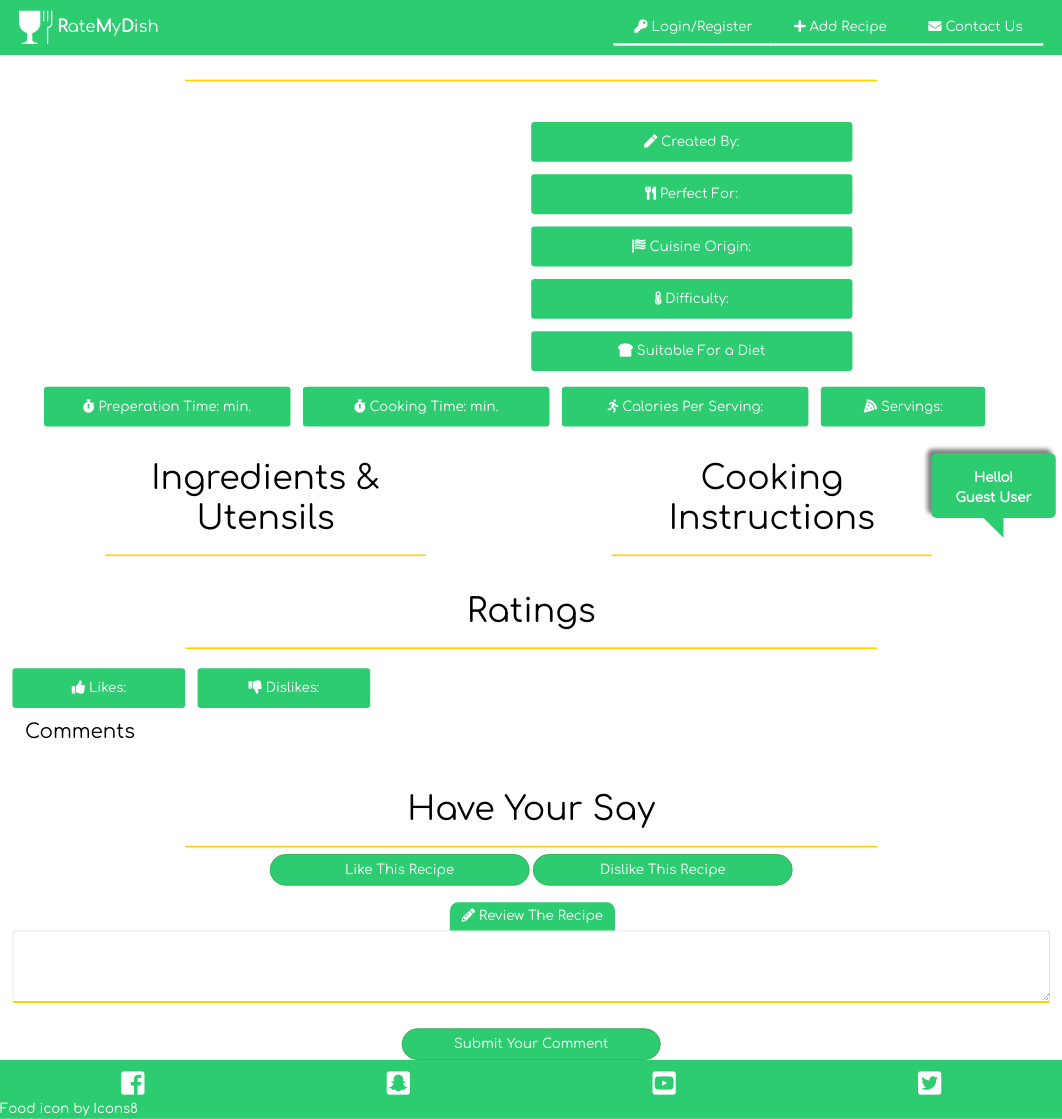
Repository: dbyrne87/ratemydish
Page: templates/recipepage.html
The author's editor kept a record of every edit. The page is drawn from the files as they stood at one moment, then again after the next edit.
The browser window is 1280 px wide. The pictures show the whole page, at 83% of full size.
Some web fonts or font styles are not loaded; a fallback is used. The page is served by the project's application, run on Flask 3 (app.py). The template is opened directly, without the code that normally fills it, so the values that code supplies are empty.

Above is the page before.

### templates/recipepage.html
{% extends 'base_forms.html' %} {% block content %}
<div class="container-fluid">
    {% with messages = get_flashed_messages() %}
                    {% if messages %}
                        {% for message in messages %}
                        <div class=" col-sm-6 alert alert-warning mx-auto" role="alert">
                          {{ message }}
                        </div>
                        {% endfor %}
                    {% endif %}
                {% endwith %}
    <h3 class="col-8 mx-auto text-center sub-heading text-capitalize" id="recipe-page-title">{{task.meal_title}}</h3>
    <div class="row col-12">
        <div class="col-6 mx-auto d-none d-lg-block">
            <img src="{{task.image_url}}" class="col-6" id="recipe-page-image"></img>
        </div>
            <div class="col-lg-6 d-none d-lg-block">
                <p class="recipe-page-list-boxes col-8 rounded" id="recipe-page-list-boxes-first"><i class="fas fa-pen"></i> Created By: {{task.chef_name}}</p>
                <p class="recipe-page-list-boxes col-8 rounded"><i class="fas fa-utensils"></i>   Perfect For: {{task.meal_type}}</p>
                <p class="recipe-page-list-boxes col-8 rounded"><i class="fas fa-flag-usa"></i>   Cuisine Origin: {{task.cuisine_type}}</p>
                <p class="recipe-page-list-boxes col-8 rounded"><i class="fas fa-thermometer-three-quarters"></i> Difficulty: {{task.difficulty}}</p>
                <p class="recipe-page-list-boxes col-8 rounded"><i class="fas fa-bread-slice"></i> Suitable For a {{task.special_diet}} Diet</p>
            </div>
           <div class="col-lg-12 mx-auto d-none d-lg-block">
                <p class="recipe-page-list-boxes col-3 d-inline-block box-margin rounded"><i class="fas fa-stopwatch"></i> Preperation Time: {{task.prep_time}} min.</p>
                <p class="recipe-page-list-boxes col-3 d-inline-block box-margin rounded"><i class="fas fa-stopwatch"></i> Cooking Time: {{task.cook_time}} min.</p>
                <p class="recipe-page-list-boxes col-3 d-inline-block box-margin rounded"><i class="fas fa-running"></i> Calories Per Serving: {{task.calories}}</p>
                <p class="recipe-page-list-boxes col-2 d-inline-block box-margin rounded"><i class="fas fa-pizza-slice"></i> Servings: {{task.servings}}</p>
            </div>
    </div>

    <div class="d-lg-none">
        <img src="{{task.image_url}}" class="col-6" id="recipe-page-image"></img>
    </div>
    <div class="d-lg-none mx-auto">
        <p class="recipe-page-list-boxes col-5 d-inline-block mx-auto rounded" id="recipe-page-list-boxes-first">Created By:<br> {{task.chef_name}}</p>
        <p class="recipe-page-list-boxes col-5 d-inline-block mx-auto rounded">Perfect For:<br> {{task.meal_type}}</p>
        <p class="recipe-page-list-boxes col-5 d-inline-block mx-auto rounded">Cuisine Origin:<br> {{task.cuisine_type}}</p>
        <p class="recipe-page-list-boxes col-5 d-inline-block mx-auto rounded">Difficulty: <br> {{task.difficulty}}</p>
        <p class="recipe-page-list-boxes col-5 d-inline-block mx-auto rounded">Suitable For a <br>{{task.special_diet}}<br>Diet</p>
        <p class="recipe-page-list-boxes col-5 d-inline-block mx-auto rounded">Preperation Time:<br> {{task.prep_time}}<br> min.</p>
        <p class="recipe-page-list-boxes col-5 d-inline-block mx-auto rounded">Cooking Time:<br> {{task.cook_time}}<br> min.</p>
        <p class="recipe-page-list-boxes col-5 d-inline-block mx-auto rounded">Calories Per Serving:<br> {{task.calories}}</p>
        <p class="recipe-page-list-boxes col-5 d-inline-block mx-auto rounded">Servings:<br> {{task.servings}}</p>
    </div>

  <div class="row col-12">
    <div class="col-md-6 col-sm-12">
        <h3 class="col-8 mx-auto text-center sub-heading text-capitalize" id="recipe-page-title">Ingredients & Utensils</h3>
        <ol class="text-left">
           <li>{{task.input_ingredients}}</li>
           <li>{{task.Field2_input_ingredients}}</li>
           <li>{{task.Field3_input_ingredients}}</li>
           <li>{{task.Field4_input_ingredients}}</li>
           <li>{{task.Field5_input_ingredients}}</li>
           <li>{{task.Field6_input_ingredients}}</li>
           <li>{{task.Field7_input_ingredients}}</li>
           <li>{{task.Field8_input_ingredients}}</li>
           <li>{{task.Field9_input_ingredients}}</li>
           <li>{{task.Field10_input_ingredients}}</li>

        </ol>
    </div>

    <div class="col-md-6 col-sm-12">
        <h3 class="col-8 mx-auto text-center sub-heading text-capitalize" id="recipe-page-title">Cooking Instructions</h3>
        <ol class="text-left">
           <li>{{task.input_ingredients}}</li>
           <li>{{task.ID2_input_instructions}}</li>
           <li>{{task.ID3_input_instructions}}</li>
           <li>{{task.ID4_input_instructions}}</li>
           <li>{{task.ID5_input_instructions}}</li>
           <li>{{task.ID6_input_instructions}}</li>
           <li>{{task.ID7_input_instructions}}</li>
           <li>{{task.ID8_input_instructions}}</li>
           <li>{{task.ID9_input_instructions}}</li>
           <li>{{task.ID10_input_instructions}}</li>

        </ol>
    </div>
  </div>
  <div>
      <h3 class="col-8 mx-auto text-center sub-heading text-capitalize" id="recipe-page-title">Ratings</h3>
      <div id="ratings-left">
          <p class="recipe-page-list-boxes col-2 d-inline-block text-center rounded"><i class="fas fa-thumbs-up"></i>   Likes: {{task.likes}}</p>
          <p class="recipe-page-list-boxes col-2 d-inline-block text-center rounded"><i class="fas fa-thumbs-down"></i>   Dislikes: {{task.dislikes}}</p>
          <h4 class="col-6 text-capitalize" id="comments-title">Comments</h4>
          {% for comment in task['comments'][0:5] %}
          <div class="col-6" id="comment">
              <p>{{ comment }}</p>
          </div>
      {% endfor %}
      </div>
  </div>
      <h3 class="col-8 mx-auto text-center sub-heading" id="recipe-page-title">Have Your Say</h3>
         <div class="have-your-say-content d-inline">
          <form method="POST" id="increase_likes" action="{{ url_for('increase_recipe_likes')}}"></form>
          <form method="POST" id="increase_dislikes" action="{{ url_for('increase_recipe_dislikes')}}"></form>
              <button type="submit" form="increase_likes" class="btn btn-outline-success col-3" name="increase_likes_button" value="{{task._id}}">Like This Recipe</button>
              <button type="submit" form="increase_dislikes" class="btn btn-outline-success col-3" name="increase_dislikes_button" value="{{task._id}}">Dislike This Recipe</button>
          </div>
        <form method="POST" id="comment-form" action="{{ url_for('add_comment', search=task._id) }}">
            <label id="comment_title" for="comment"><i class="fas fa-pencil-alt prefix"></i> Review The Recipe</label>
              <textarea id="comment" name="comment" class="md-textarea form-control" form="comment-form" rows="3"></textarea>
              <button type="submit" id="add_comment_button" name="add_comment_button" class="btn btn-outline-success col-3" value="{{task._id}}">Submit Your Comment</button>
        </form>
      </div>
  </div>

</div>
{% endblock %}

### templates/base_forms.html
<!DOCTYPE html>
<html lang="en">

<head>

  <meta charset="utf-8">
  <meta name="viewport" content="width=device-width, initial-scale=1, shrink-to-fit=no">
  <meta name="description" content="Online Cookbook to Add and View Recipes For People To Like or Dislike">
  <meta name="author" content="Declan Byrne">

  <title>RateMyDish</title>
  <link rel="icon" href="https://img.icons8.com/small/16/000000/food.png">

  <link rel="stylesheet" href="https://stackpath.bootstrapcdn.com/bootstrap/4.3.1/css/bootstrap.min.css" integrity="sha384-ggOyR0iXCbMQv3Xipma34MD+dH/1fQ784/j6cY/iJTQUOhcWr7x9JvoRxT2MZw1T" crossorigin="anonymous">
  <link rel="stylesheet" href="https://use.fontawesome.com/releases/v5.7.2/css/all.css" integrity="sha384-fnmOCqbTlWIlj8LyTjo7mOUStjsKC4pOpQbqyi7RrhN7udi9RwhKkMHpvLbHG9Sr" crossorigin="anonymous">
  <link href="https://fonts.googleapis.com/css?family=Comfortaa|Sniglet" rel="stylesheet">
  <link href="/static/css/style.css" rel="stylesheet">

</head>


    <header class="container-fluid">
        <nav class="navbar container-fluid navbar-light navbar-expand-md navbar-dark bg-gradient-1 fixed-top">
            <div class="container-fluid dropdown-padding">
                <a class="navbar-brand" href="/"><img id="logo" src="/static/media/icons8-food-100.png" alt="RateMyDish Logo"> <b>R</b>ate<b>M</b>y<b>D</b>ish</a>
                <button class="navbar-toggler mr-auto" type="button" data-toggle="collapse" data-target="#navbar-content" aria-controls="navbar-content" aria-expanded="false" aria-label="Toggle navigation">
                    <span class="navbar-toggler-icon"></span>
                </button>

                <div class="collapse navbar-collapse" id="navbar-content">
                    <ul class="navbar-nav ml-auto">
                        {% if username is not none %}
                        <li class="nav-item">
                            <a class="nav-link active" href="/"><i class="fas fa-key"></i> Login/Register</a>
                        </li>
                        {% else %}
                        <li class="nav-item">
                            <a class="nav-link" href="{{ url_for('logout') }}"><i class="fas fa-sign-out-alt"></i> Log Out</a>
                        </li>
                        {% endif %}
                        </li>
                        <li class="nav-item">
                            <a class="nav-link" href="{{ url_for('add_recipe') }}"><i class="fas fa-plus"></i> Add Recipe</a>
                        </li>
                        <li class="nav-item">
                            <a class="nav-link" href="{{ url_for('contact_us') }}"><i class="fas fa-envelope"></i> Contact Us</a>
                        </li>
                    </ul>
                </div>
            </div>
        </nav>
        <div class="speech-bubble d-none d-md-block">
            <div>
                {% if username is none %}
                    <p class="text-center font-weight-bold username">Hello! <br>{{session['username']}}</p>
                {% else %}
                    <p class="text-center font-weight-bold username">Hello! <br> Guest User</p>
                {% endif %}
            </div>
    </header>
    {% block content %} {% endblock %}
    <footer class="row" id="footer-background">
        <div class="col-sm-6 col-md-3 col-lg-3">
            <a class="social-icon d-none d-md-block" href="https://www.facebook.com/" target="_blank"><i class="fab fa-facebook-square fa-2x"></i></a>
        </div>
        <div class="col-sm-6 col-md-3 col-lg-3">
            <a class="social-icon d-none d-md-block" href="https://www.snapchat.com/l/en-gb/" target="_blank"><i class="fab fa-snapchat-square fa-2x"></i></a>
        </div>
        <div class="col-sm-6 col-md-3 col-lg-3">
            <a class="social-icon d-none d-md-block" href="https://www.youtube.com/" target="_blank"><i class="fab fa-youtube-square fa-2x"></i></a>
        </div>
        <div class="col-sm-6 col-md-3 col-lg-3">
            <a class="social-icon d-none d-md-block" href="https://twitter.com/?lang=en" target="_blank"><i class="fab fa-twitter-square fa-2x"></i></a>
        </div>
          <a href="https://icons8.com/icon/2470/food" target="_blank">Food icon by Icons8</a>
    </footer>

      <script src="https://code.jquery.com/jquery-3.4.1.min.js" integrity="sha256-CSXorXvZcTkaix6Yvo6HppcZGetbYMGWSFlBw8HfCJo=" crossorigin="anonymous"></script>
      <script src="https://cdnjs.cloudflare.com/ajax/libs/popper.js/1.14.7/umd/popper.min.js" integrity="sha384-UO2eT0CpHqdSJQ6hJty5KVphtPhzWj9WO1clHTMGa3JDZwrnQq4sF86dIHNDz0W1" crossorigin="anonymous"></script>
      <script src="https://stackpath.bootstrapcdn.com/bootstrap/4.3.1/js/bootstrap.min.js" integrity="sha384-JjSmVgyd0p3pXB1rRibZUAYoIIy6OrQ6VrjIEaFf/nJGzIxFDsf4x0xIM+B07jRM" crossorigin="anonymous"></script>

      <script src="/static/js/edit-field-remove.js"></script>

    </body>

</html>

### app_variables.py
MONGO_DBNAME = 'RateMyDish'
MONGO_URI = 'mongodb+srv://root:MyRootDataBase@myfirstcluster-ur0qm.mongodb.net/RateMyDish?retryWrites=true&w=majority'

MAIL_SERVER = 'smtp.gmail.com'
MAIL_PORT = 465
MAIL_USE_TLS = False
MAIL_USE_SSL = True
MAIL_USERNAME = 'declangbyrne1987@gmail.com'
MAIL_PASSWORD = 'mbainiahchiqdjrl'
MAIL_DEFAULT_SENDER = 'declangbyrne1987@gmail.com'
MAIL_MAX_EMAILS = 1
MAIL_SUPRESS_SEND = False
MAIL_ASCII_ATTACHMENTS = False

MAIL_RECIPIENT = 'declangbyrne1987@gmail.com'

SECRET_KEY = 'SssSSHHhhhhHHHhhThis_is_A_s3cr3T'
HOST = '0.0.0.0'
PORT = 8080
DEBUG = True

### static/css/style.css
/* base.html */

body {
  text-align: center;
  color: #FDFDFF;
  padding: 0 !important;
  margin-top: 50px;
  font-family: 'Sniglet', 'Comfortaa', cursive;
}

.navbar,
.modal-header {
  padding: 8px;
  background-color: #2ecc71;

}

#logo {
  max-height: 40px;
}

.nav-item{
  border-bottom: 3px solid #FDFDFF;
  background-image: linear-gradient(to right, #FDFDFF, #fed300);
  background-size: 0 5px, auto;
  background-repeat: no-repeat;
  background-position: center bottom;
  transition: all .3s ease-in-out;

}

.navbar-toggler {
  top: 55px;
  right: 14px;
  position: absolute;
  padding: 2px;

}

.nav-item:hover {
  background-size: 100% 5px, auto;
}

a,
a:hover {
  text-decoration: none;
  color: #FDFDFF;
}

.nav-link,
.card-header{
  padding: 8px 25px !important;
  color: #FDFDFF !important;

}

.speech-bubble {
  position: fixed;
  bottom: 6em;
  right: 0.5em;
  background-color: #2ECC71;
  border-radius: .4em;
  box-shadow: -5px -5px 5px grey;
  width: 150px;
  height: 78px;
  padding-top: 18px;
  padding-left: 0px;
  z-index: 1000;
}

.speech-bubble:after {
  content: '';
  position: absolute;
  bottom: 0;
  left: 50%;
  width: 0;
  height: 0;
  border: 24px solid transparent;
  border-top-color: #2ECC71;
  border-bottom: 0;
  border-right: 0;
  margin-left: -12px;
  margin-bottom: -24px;
}

.username {
  padding: 0;
}

#footer-background {
  background-color: #2ecc71;
  margin: 0;
  padding-top: 12px;
}

p {
  margin-bottom: 0px;
  padding-left: 20px;
}


/* Our Favourites, Most Liked & Recipe List Page */
.card-img-top{
  max-height:142px;
}

.card {
  background-color: #2ecc71;
  box-shadow: 10px 10px 4px rgba(0, 0, 0, .5);

}

.card-body {
  min-height: 96px;
  background-color: #FCFCFC;
  color: black;
  padding:16px 5px;

}

.card-text {
  color: black;
}

.card-footer {
  width: 100%;
  display: block;
}

label{
  margin-bottom:0;
  margin-left:3px;
  padding: 5px 14px 5px 14px;
  background-color:#2ecc71;
  border-radius:10px 10px 0px 0px;
  color:white;
}

/* home.html*/

#search-text {
  padding-top: 35px;
}

.jumbotron-fluid {
  background-image: url("/static/media/jumbotron-img.jpg");
  background-size: cover;
  height: 100%;
}

hr {
  /*Horizontal Style Rule */
  border: 3px solid #2ecc71;

}

h3 {
  color: #FDFDFF;
  padding-top: 0;
}

.btn-outline-success {
  background-color: #2ecc71;
  color: white;
  border-radius: 20px;
}

.category-buttons {
  margin: 50px 50px 80px 0px;
}

.modal-body {
  background-color:#2ecc71;
  display:block;
  padding: 0px;
}

.selection-button{
  padding: 20px 0px;
  border:none;
  border-bottom: 3px solid white;
  border-radius:0;
  background-color:#2ecc71;
  color:white;
}

.sub-heading {
  padding: 20px 0px;
  border-bottom: 2px solid #FED300;
}

.sub-heading {
  color: black;

}


/* register_login Page.html*/
.video-wrap {
  clip: rect(0, auto, auto, 0);
  position: absolute;
  top: 0;
  left: 0;
  width: 100%;
  height: 100%;
}

#video {
  position: fixed;
  display: block;
  top: 0;
  left: 0;
  width: 100%;
  height: 100%;
  background-size: cover;
  background-position: center center;
  -webkit-transform: translateZ(0);
  transform: translateZ(0);
  will-change: transform;
  z-index: -1000;
}

video {
  position: fixed;
  top: 50%;
  left: 50%;
  min-width: 100%;
  min-height: 100%;
  width: auto;
  height: auto;
  z-index: -100;
  transform: translateX(-50%) translateY(-50%);
  background: url('') no-repeat;
  background-size: cover;
  transition: 1s opacity;
}

.video-background {
  position: relative;
  width: 100%;
  height: 100vh;
}

#input-container {
  margin-top: 66px;
  padding-top: 2%;
  margin-bottom: 10px;
}

#input-seperator {
  border-right: 3px solid white;
  margin-top: 20px;
  margin-right: 60px;
}

#input-seperator-bottom {
  border-top: 3px solid white;
}


/* Contact , Add Recipe & Edit Recipe Page Forms */
.field-padding {
  margin-bottom: 20px;

}

.input-group-text {
  background-color: #2ECC71;
  color: white;
}

#btnAdd_1,
#btnDel_1,
#btnAdd_2,
#btnDel_2{
  margin-bottom: 16px;
}

#recipe_submit-button{
  margin-top: 30px;
}

#add_recipe_card {
  margin-top: 75px;
}

.alert {
  font-size: 30px;
}


/*   search_results.html    */
#search-footer{
  padding:0;
}


/*   recipepage.html    */
#recipe-page-title{
 font-size:40px;
 padding-top:26px;
}

#recipe-page-image{
  margin:27px 20px 10px 10px;
  max-width:50vw;
  padding:0;
  box-shadow: 10px 10px 4px rgba(0, 0, 0, .5);
}

#recipe-page-list-boxes-first{
  margin-top:27px;
}

.recipe-page-list-boxes{
  background-color:#2ecc71;
  margin:15px 10px 15px 0px;
  padding: 12px 20px;
  top: 4%;
}

ol{
  color:black;
  word-wrap: normal
}

li:empty{
    display:none;
}

#ratings-left{
  text-align:left;
}

#comments-title{
  color:black;
  padding-bottom:20px;
}

#comment{
  color:black;
  border-bottom:3px solid #FED300;
  margin-bottom:30px;
  word-wrap: normal;
}

#comment_title{
  margin-top:20px;
}

.have-your-say-content{
  text-align:left !important;
}

.md-textarea:focus {
  border-color: #FED300 !important;
  box-shadow: inset 0 1px 1px rgba(254, 211, 0, 0.075), 0 0 8px rgba(254, 211, 0, 0.6) !important;
}

/* ########   Media Queries   ######## */

@media (min-width: 342px) {
  .navbar-toggler {
    top: 55px;
    right: 42px;
    position: absolute;
    padding: 2px;
  }
}

@media (max-width: 576px) {
  .video-background {
    position: relative;
    width: 100%;
    height: 150vh;
  }
  #recipe-page-list-boxes-first{
    margin-top:17px !important;
  }
  .recipe-page-list-boxes{
  padding:20px 5px;
  }
}


@media (max-width:767px) {
  .fixed-top {
    top: -40px;
  }
  .dropdown-padding {
    padding-top: 40px;
  }
    .navbar-toggler {
    top: 55px;
    right: 11px;
    position: absolute;
    padding: 2px;
  }
}

@media (max-width:992px) {
  #recipe-page-image{
  margin:0;
  min-width:81vw;
}

}

@media (max-width:1025px) {
  .category-buttons {
    margin: 10px 0px;
  }
   .recipe-page-list-boxes{
    top:0;
    margin-bottom:2px;
   }
}

@media (max-width:1125px) {
  #recipe-page-list-boxes-first{
    margin-top:5px;
  }
}

Loaded but not shown: app.py (310 lines, source omitted); static/js/edit-field-remove.js (no copy from this time; the picture is the same without it)

After the next edit:
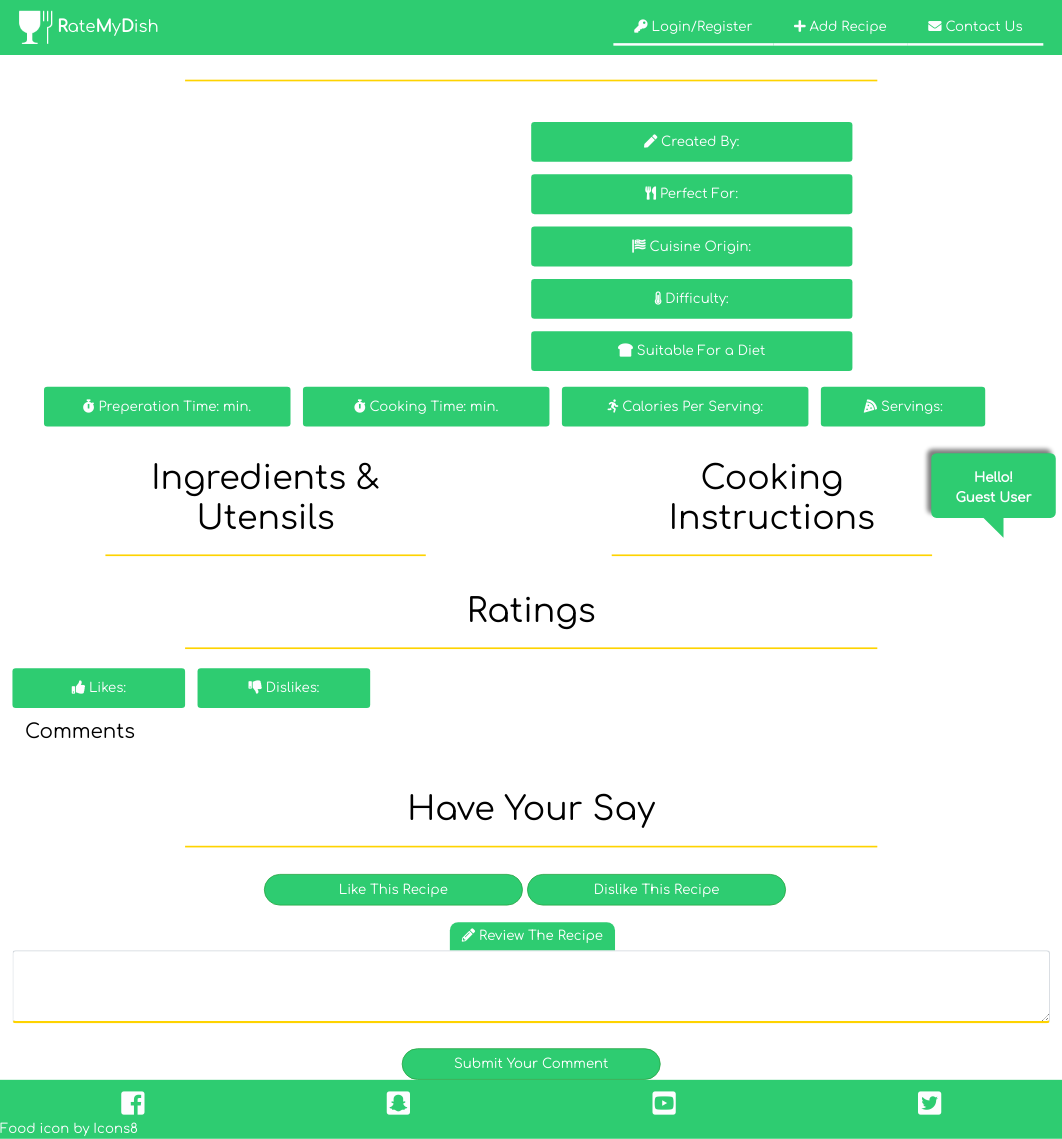
The edit:
--- a/templates/recipepage.html
+++ b/templates/recipepage.html
@@ -93,7 +93,7 @@
       </div>
   </div>
       <h3 class="col-8 mx-auto text-center sub-heading" id="recipe-page-title">Have Your Say</h3>
-         <div class="have-your-say-content d-inline">
+      <div class="col-12 have-your-say-content d-inline">
           <form method="POST" id="increase_likes" action="{{ url_for('increase_recipe_likes')}}"></form>
           <form method="POST" id="increase_dislikes" action="{{ url_for('increase_recipe_dislikes')}}"></form>
               <button type="submit" form="increase_likes" class="btn btn-outline-success col-3" name="increase_likes_button" value="{{task._id}}">Like This Recipe</button>
